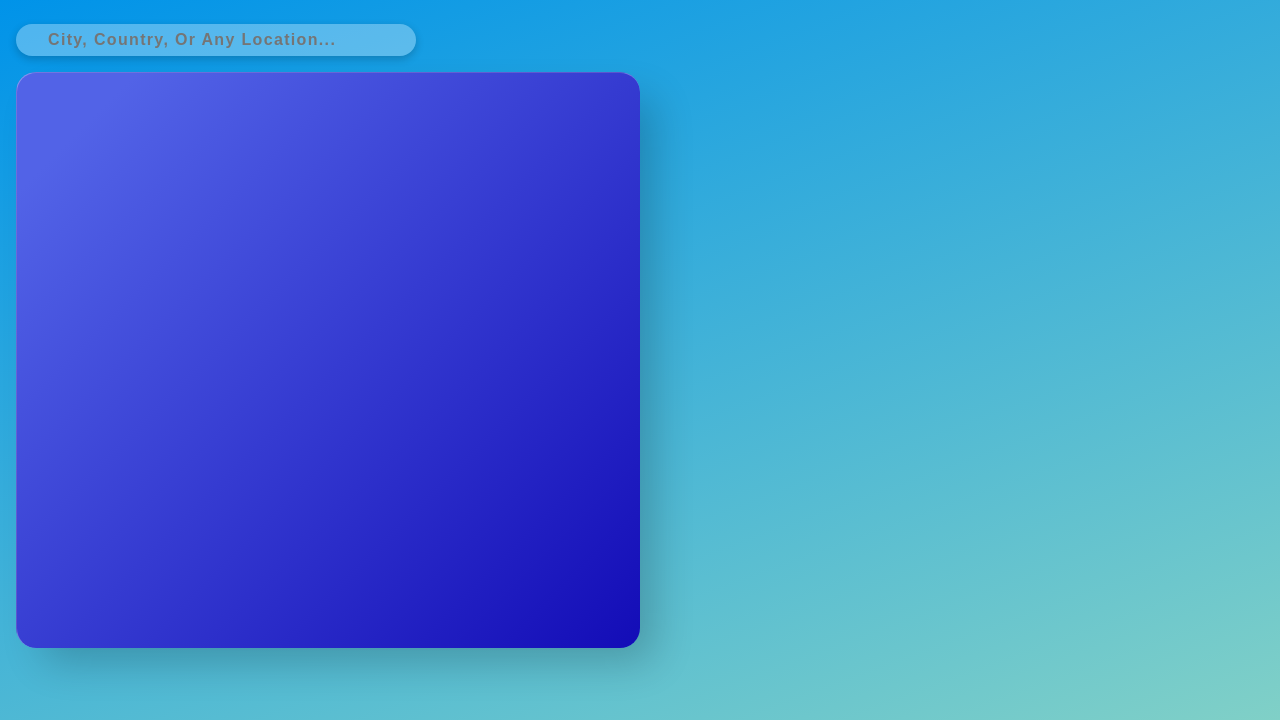
Repository: Haydenleung/weather-app-2024
Page: /
An editor plug-in stored every save of this project. The page is shown before and after the next save, followed by the edit.
The browser window is 1280 px wide. The pictures show the whole page.
The project was rebuilt for these pictures with package versions that can differ from the ones it lists, and the page was loaded fresh each time. The framework's server and built-in components were replaced by stand-ins that run in the browser. Also part of the build but not shown: next.config.mjs.

Above is the page before, as saved 2024-02-09 09:26:54.

After the next save:
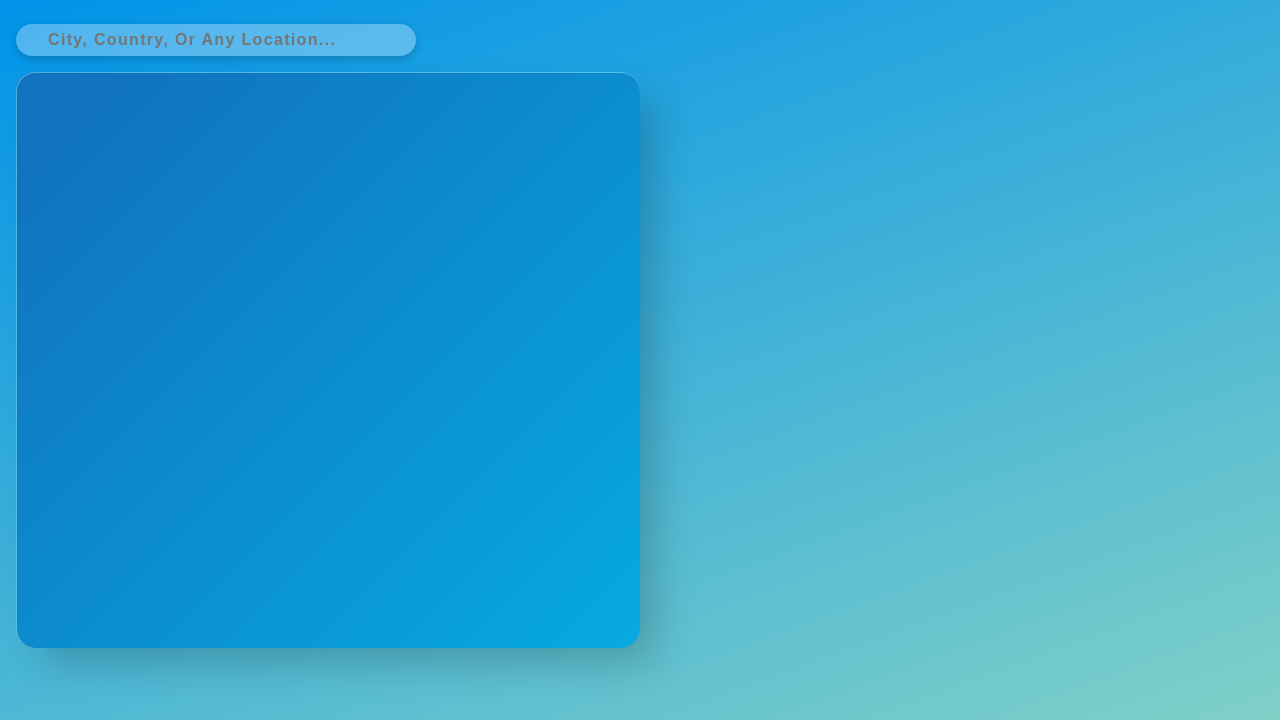
Saved 18 s later.
--- a/src/styles/globals.css
+++ b/src/styles/globals.css
@@ -77,7 +77,7 @@
   position: relative;
   transition: all 0.2s ease-in-out;
   height: 80vh;
-  background-image: linear-gradient(135deg, #5263e7 10%, #130CB7 100%);
+  background-image: linear-gradient(135deg, #1074c0 10%, #07aae0 100%);
 }
 
 .temp {
